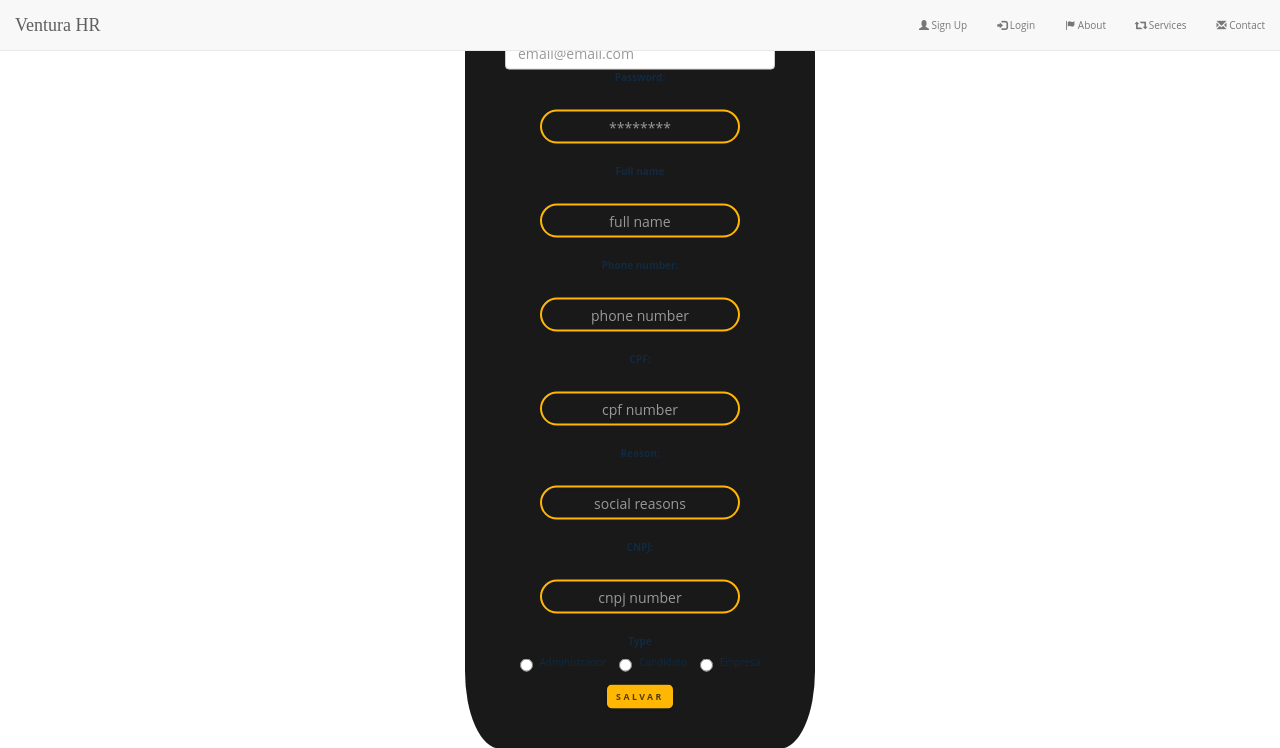
Repository: nmparfait/HumanResources-Ventura
Page: http://localhost/venturaWeb/WEB-INF/jsp/app/cadastro.jsp
These files come from the project's save history. The page is drawn as it stood at one moment and after the next save; the edit follows.
The browser window is 1280 px wide. The pictures show the whole page.
Some web fonts or font styles are not loaded; a fallback is used. Some web libraries are served in a nearby version. The page is served by Tomcat 9. Nobody is signed in. Other server files are loaded and not shown. The template is opened directly, without the code that normally fills it, so the values that code supplies are empty.

Above is the page before, as saved 2021-09-27 16:46:04.

### venturaWeb/src/main/webapp/WEB-INF/jsp/app/cadastro.jsp
<%@ taglib prefix="c" uri="http://java.sun.com/jsp/jstl/core" %>
<%@ page contentType="text/html;charset=UTF-8" language="java" %>
<!DOCTYPE html>
<html lang="en">
	<head>
	    <title>VENTURA | Register</title>
	    <meta charset="utf-8">
	    <meta name="viewport" content="width=device-width, initial-scale=1">
	    <link rel="stylesheet" href="https://maxcdn.bootstrapcdn.com/bootstrap/3.4.1/css/bootstrap.min.css">
	    <script src="https://ajax.googleapis.com/ajax/libs/jquery/3.5.1/jquery.min.js"></script>
	    <script src="https://maxcdn.bootstrapcdn.com/bootstrap/3.4.1/js/bootstrap.min.js"></script>
	    <link rel="stylesheet" href="css/cadastro.css" />
	</head>
	<body>
		<c:import url="/WEB-INF/jsp/app/menu.jsp"/>

		<div class="register">
		    <h2>Cadastro</h2>
		    <form class="box" action="/usuario/cadastro" method="post">


		            <label>E-mail:</label>
		            <input type="email" class="form-control" placeholder="email@email.com" name="email">

		            <label>Password:</label>
		            <input type="password" class="form-control" placeholder="********" name="senha">


		            <label>Full name</label>
		            <input type="text" class="form-control" placeholder="full name" name="nomeCompleto">


		            <label>Phone number:</label>
		            <input type="text" class="form-control" placeholder="phone number" name="telefone">


		            <label>CPF:</label>
		            <input type="text" class="form-control" placeholder="cpf number" name="cpf">


		            <label>Reason:</label>
		            <input type="text" class="form-control" placeholder="social reasons" name="razaoSocial">


		            <label>CNPJ:</label>
		            <input type="text" class="form-control" placeholder="cnpj number" name="cnpj">


		        <div class="form-group">
		            <label>Type</label><br>
		            <label class="radio-inline">
		                <input type="radio" value="A" name="tipo">Administrador
		            </label>
		            <label class="radio-inline">
		                <input type="radio" value="C" name="tipo">Candidato
		            </label>
		            <label class="radio-inline">
		                <input type="radio" value="E" name="tipo">Empresa
		            </label>
		        </div>

		        <button type="submit" class="btn btn-default">Salvar</button>
		    </form>
	    </div>
		</div>
	</body>
</html>

### venturaWeb/src/main/webapp/WEB-INF/jsp/app/menu.jsp
<%@ page contentType="text/html;charset=UTF-8" language="java" %>
<%@ taglib uri="http://java.sun.com/jsp/jstl/core" prefix="c"%>
<html>
	<head>
	    <meta charset="UTF-8" />
	    <meta http-equiv="X-UA-Compatible" content="IE=edge" />
	    <meta name="viewport" content="width=device-width, initial-scale=1.0" />
	    <title>VENTURA | Navbar</title>
	    <!-- font awesome -->
	    <link
	      rel="stylesheet"
	      href="https://cdnjs.cloudflare.com/ajax/libs/font-awesome/5.14.0/css/all.min.css"
	    />
	    <!-- google font -->
	    <link href="https://fonts.googleapis.com/css2?family=Dancing+Script&display=swap" rel="stylesheet">
	    <!-- style -->
	    <link rel="stylesheet" href="css/styles.css" />
  	</head>
  	 <body>
  	 	<nav class="navbar navbar-default navbar-fixed-top">
  			<div class="container-fluid">
    			<div class="navbar-header">
      				<a class="navbar-brand font" href="/index">Ventura HR</a>
    			</div>
	  	 	<ul class="nav navbar-nav navbar-right">
				<c:if test="${empty usuario}">
				    <li><a href="/usuario"><span class="glyphicon glyphicon-user"></span> Sign Up</a></li>
				    <li><a href="/acesso"><span class="glyphicon glyphicon-log-in"></span> Login</a></li>
				    <li><a href="/about"><span class="glyphicon glyphicon-flag"></span> About</a></li>
				    <li><a href="/about"><span class="glyphicon glyphicon-retweet"></span> Services</a></li>
				    <li><a href="/contato"><span class="glyphicon glyphicon-envelope"></span> Contact</a></li>
			    </c:if>
			    <c:if test="${not empty usuario}">
			    	<li><a href="/logout"><span class="glyphicon glyphicon-log-out"></span>Logout, ${usuario.email}</a></li>
			    </c:if>
			 </ul>
		</nav>
    </body>
   </html>

### venturaWeb/src/main/webapp/css/cadastro.css
.register {
	width
}

.box {
    width: 350px;
    margin-top: 2px;
    padding: 40px;
    position: absolute;
    top: 50%;
    left: 50%;
    transform: translate(-50%, -50%);
    background: #191919;
    text-align: center;
    border-radius: 10%;
}

.box h1 {
    color: white;
    text-transform: uppercase;
    font-weight: 200;
}

.box input[type="text"],
.box input[type="password"] {
    border: 0;
    background: none;
    display: block;
    margin: 20px auto;
    text-align: center;
    border: 2px solid #ffb703;
    padding: 14px 10px;
    width: 200px;
    outline: none;
    color: white;
    border-radius: 24px;
    transition: 0.25s
}

.box input[type="text"]:focus,
.box input[type="password"]:focus {
    width: 260px;
    border-color: #ffb703;
}

.box input[type="submit"] {
    border: 0;
    background: none;
    display: block;
    margin: 3px auto;
    text-align: center;
    border: 2px solid #e9edc9;
    padding: 14px 40px;
    outline: none;
    color: white;
    border-radius: 24px;
    transition: 0.25s;
    cursor: pointer;
}

.box input[type="submit"]:hover {
    background: #ffb703;
}

### venturaWeb/src/main/webapp/css/styles.css
/* details generics
first color : #ffb703
-- second color: #e9edc9

*/
/*
===============
Variables
===============
*/

:root {
  /* dark shades of primary color*/
  --clr-primary-1: hsl(43, 86%, 17%);
  --clr-primary-2: hsl(43, 77%, 27%);
  --clr-primary-3: hsl(43, 72%, 37%);
  --clr-primary-4: hsl(42, 63%, 48%);
  /* primary/main color */
  --clr-primary-5: hsl(42, 78%, 60%);
  /* lighter shades of primary color */
  --clr-primary-6: hsl(43, 89%, 70%);
  --clr-primary-7: hsl(43, 90%, 76%);
  --clr-primary-8: hsl(45, 86%, 81%);
  --clr-primary-9: hsl(45, 90%, 88%);
  --clr-primary-10: hsl(45, 100%, 96%);
  /* darkest grey - used for headings */
  --clr-grey-1: hsl(209, 61%, 16%);
  --clr-grey-2: hsl(211, 39%, 23%);
  --clr-grey-3: hsl(209, 34%, 30%);
  --clr-grey-4: hsl(209, 28%, 39%);
  /* grey used for paragraphs */
  --clr-grey-5: hsl(210, 22%, 49%);
  --clr-grey-6: hsl(209, 23%, 60%);
  --clr-grey-7: hsl(211, 27%, 70%);
  --clr-grey-8: hsl(210, 31%, 80%);
  --clr-grey-9: hsl(212, 33%, 89%);
  --clr-grey-10: hsl(210, 36%, 96%);
  --clr-white: #fff;
  --ff-primary: 'Roboto', sans-serif;
  --ff-secondary: 'Open Sans', sans-serif;
  --transition: all 0.3s linear;
  --spacing: 0.25rem;
  --radius: 0.5rem;
  --light-shadow: 0 5px 15px rgba(0, 0, 0, 0.1);
  --dark-shadow: 0 5px 15px rgba(0, 0, 0, 0.2);
  --max-width: 1170px;
}
/*
===============
Global Styles
===============
*/

*,
::after,
::before {
  margin: 0;
  padding: 0;
  box-sizing: border-box;
}
body {
  font-family: var(--ff-secondary);
  background: var(--clr-white);
  color: var(--clr-grey-1);
  line-height: 1.5;
  font-size: 0.875rem;
}
ul {
  list-style-type: none;
}
a {
  text-decoration: none;
}
img:not(.nav-logo) {
  width: 100%;
  display: block;
}

h1,
h2,
h3,
h4 {
  letter-spacing: var(--spacing);
  text-transform: capitalize;
  line-height: 1.25;
  margin-bottom: 0.75rem;
  font-family: var(--ff-primary);
}
h1 {
  font-size: 3rem;
}
h2 {
  font-size: 2rem;
}
h3 {
  font-size: 1.25rem;
}
h4 {
  font-size: 0.875rem;
}
p {
  margin-bottom: 1.25rem;
  color: var(--clr-grey-5);
}
@media screen and (min-width: 800px) {
  h1 {
    font-size: 4rem;
  }
  h2 {
    font-size: 2.5rem;
  }
  h3 {
    font-size: 1.75rem;
  }
  h4 {
    font-size: 1rem;
  }
  body {
    font-size: 1rem;
  }
  h1,
  h2,
  h3,
  h4 {
    line-height: 1;
  }
}
/*  global classes */

.btn {
  text-transform: uppercase;
  background: #ffb703;
  color: var(--clr-primary-1);
  padding: 0.375rem 0.75rem;
  letter-spacing: var(--spacing);
  display: inline-block;
  font-weight: 700;
  transition: var(--transition);
  font-size: 0.875rem;
  border: 2px solid transparent;
  cursor: pointer;
  box-shadow: 0 1px 3px rgba(0, 0, 0, 0.2);
  border-radius: var(--radius);
}
.btn:hover {
  color: var(--clr-primary-1);
  background: var(--clr-primary-7);
}
/* section */
.section {
  padding: 5rem 2rem;
}

.section-center {
  width: 90vw;
  margin: 0 auto;
  max-width: 1170px;
}

.contact {
  background: #fffcfc;
  min-height: 100vh;
}
@media screen and (min-width: 992px) {
  .section-center {
    width: 95vw;
  }
}

.underline {
  width: 5rem;
  height: 0.25rem;
  margin-bottom: 1.25rem;
  background: var(--clr-primary-5);
  margin-left: auto;
  margin-right: auto;
}

.section-title {
  margin-bottom: 4rem;
  text-align: center;
}

.bg-grey {
  background: var(--clr-grey-9);
}
/* added during recording */

/*
===============
Sidebar
===============
*/

.sidebar {
  position: fixed;
  top: 0;
  left: 0;
  width: 100%;
  height: 100%;
  background: var(--clr-grey-10);
  z-index: 4;
  display: grid;
  /* align-items: center;
  justify-content: center; */
  place-items: center;
  transition: var(--transition);

  /* add later */
  transform: translateX(-100%);
}

/* toggle sidebar */
.show-sidebar {
  transform: translateX(0);
}

.sidebar-links {
  text-align: center;
}

.sidebar-links a {
  font-size: 2rem;
  text-transform: capitalize;
  transform: var(--transition);
  color: var(--clr-grey-5);
  letter-spacing: var(--spacing);
  display: inline-block;
  margin-bottom: 1.5rem;
}

.sidebar-links a:hover {
  color: var(--clr-primary-5);
}

.social-icons {
  display: grid;
  margin-top: 3rem;
  width: 20rem;
  grid-template-columns: repeat(4, 1fr);
  justify-items: center;
}

.social-icon {
  font-size: 1.5rem;
  color: var(--clr-grey-1);
  transition: var(--transition);
}

.social-icon:hover {
  color: var(--clr-primary-5);
}

.close-btn {
  position: absolute;
  top: 1rem;
  right: 1rem;
  font-size: 3rem;
  background: transparent;
  border: transparent;
  transition: var(--transition);
  color: #bb2525;
  cursor: pointer;
}

.close-btn:hover {
  color: #e66b6b;
}


/* end of details*/


.font {
	font-family: 'Dancing Script', cursive;
	background-color: #ffb703;
}

/*
===============
Connect
===============
*/

.connect {
  min-height: 40vh;
  position: relative;
  padding: 10rem 0 5rem 0;
  margin: 5rem 0;
  -webkit-clip-path: polygon(
    50% 0%,
    100% 10%,
    100% 90%,
    53% 100%,
    49% 100%,
    0 90%,
    0 10%
  );
  clip-path: polygon(
    50% 0%,
    100% 10%,
    100% 90%,
    53% 100%,
    49% 100%,
    0 90%,
    0 10%
  );
}
.video-container {
  position: absolute;
  top: 0;
  left: 0;
  width: 100%;
  height: 100%;
  -o-object-fit: cover;
  object-fit: cover;
  z-index: -2;
}

.connect::after {
  content: '';
  position: absolute;
  top: 0;
  left: 0;
  width: 100%;
  height: 100%;
  /* background: var(--clr-white); */
  /* background: var(--clr-primary-5); */
  background: rgba(0, 0, 0, 0.6);
  opacity: 0.7;
  z-index: -1;
}
.connect {
  display: grid;
  place-items: center;
}

.video-banner .section-title {
  margin-bottom: 2rem;
}

.video-text {
  max-width: 30rem;
}

.video-banner {
  background: #e9edc9;
  padding: 3rem 5rem 12rem 5rem;
  text-align: center;
  -webkit-clip-path: polygon(
    0% 0%,
    100% 0%,
    100% 75%,
    75% 75%,
    75% 100%,
    50% 75%,
    0% 75%
  );
  clip-path: polygon(
    0% 0%,
    100% 0%,
    100% 75%,
    75% 75%,
    75% 100%,
    50% 75%,
    0% 75%
  );
}

/*
===============
About
===============
*/

/*
===============
Hero
===============
*/
.hero .underline {
  margin-bottom: 0.5rem;
  margin-left: 0;
}

.hero-img {
  display: none;
}

.hero {
  background: var(--clr-primary-10);
}
.hero-center {
  min-height: calc(100vh - 5rem);
  display: grid;
  place-items: center;
}

.hero-info h4 {
  color: var(--clr-grey-5);
}

.hero-icons {
  justify-items: start;
}

.hero-btn {
  margin-top: 1.25rem;
}

.hero-photo {
  max-width: 25rem;
  max-height: 30rem;
  -o-object-fit: cover;
  object-fit: cover;
  border-radius: var(--radius);
  position: relative;
}

@media screen and (min-width: 776px) {
  .hero-img {
    display: block;
    position: relative;
  }

  .hero-center {
    display: grid;
    grid-template-columns: 1fr 1fr;
  }
}

.hero-img::before,
.about-img::before {
  content: '';
  position: absolute;
  width: 100%;
  height: 100%;
  border: 0.25rem solid var(--clr-primary-5);
  top: 2rem;
  right: -2rem;
  border-radius: var(--radius);
}

/* section title added to globals */
.about-title {
  text-align: left;
  margin-bottom: 2rem;
}

.about-title .underline {
  margin-left: 0;
}

.about-center {
  display: grid;
  gap: 3rem 2rem;
}

.about-img {
  position: relative;
}

.about-img::before {
  left: -2rem;
}

.about-img {
  justify-self: center;
}

@media screen and (min-width: 776px) {
  .about-center {
    display: grid;
    grid-template-columns: 1fr 1fr;
  }
}

@media screen and (min-width: 992px) {
  .about-center {
    grid-template-columns: 1fr 1fr;
  }

  .about-img {
    position: relative;
  }

  .about-img::before {
    left: -2rem;
  }
}

.hero-photo {

}

/* Services*/

/*
===============
Services
===============
*/

.service {
  background: var(--clr-white);
  padding: 3rem 1.5rem;
  margin-bottom: 2rem;
  border-radius: var(--radius);
  text-align: center;
  transition: var(--transition);
}

.service-icon {
  font-size: 2rem;
  margin-bottom: 1.5rem;
}

.service .underline {
  width: 3rem;
  height: 0.12rem;
  transition: var(--transition);
}

.service p {
  transition: var(--transition);
}
.service:hover {
  background: var(--clr-primary-5);
  color: var(--clr-white);
}

.service:hover p {
  color: var(--clr-white);
}

.service:hover .underline {
  background: var(--clr-white);
}

@media screen and (min-width: 676px) {
  .services-center {
    display: grid;
    grid-template-columns: 1fr 1fr;
    -moz-column-gap: 2rem;
    column-gap: 2rem;
  }
}

@media screen and (min-width: 992px) {
  .services-center {
    grid-template-columns: repeat(3, 1fr);
  }
}

/* CONTACT*/
/* section */
.section {
  padding: 5rem 2rem;
}

.section-center {
  width: 90vw;
  margin: 0 auto;
  max-width: 1170px;
}

.contact {
  background: #fefae0;
  min-height: 50vh;
}
@media screen and (min-width: 992px) {
  .section-center {
    width: 85vw;
  }
}

/*LOGIN PAGE*/


.loginPage {

	margin-top: 50px;
}

After the next save:
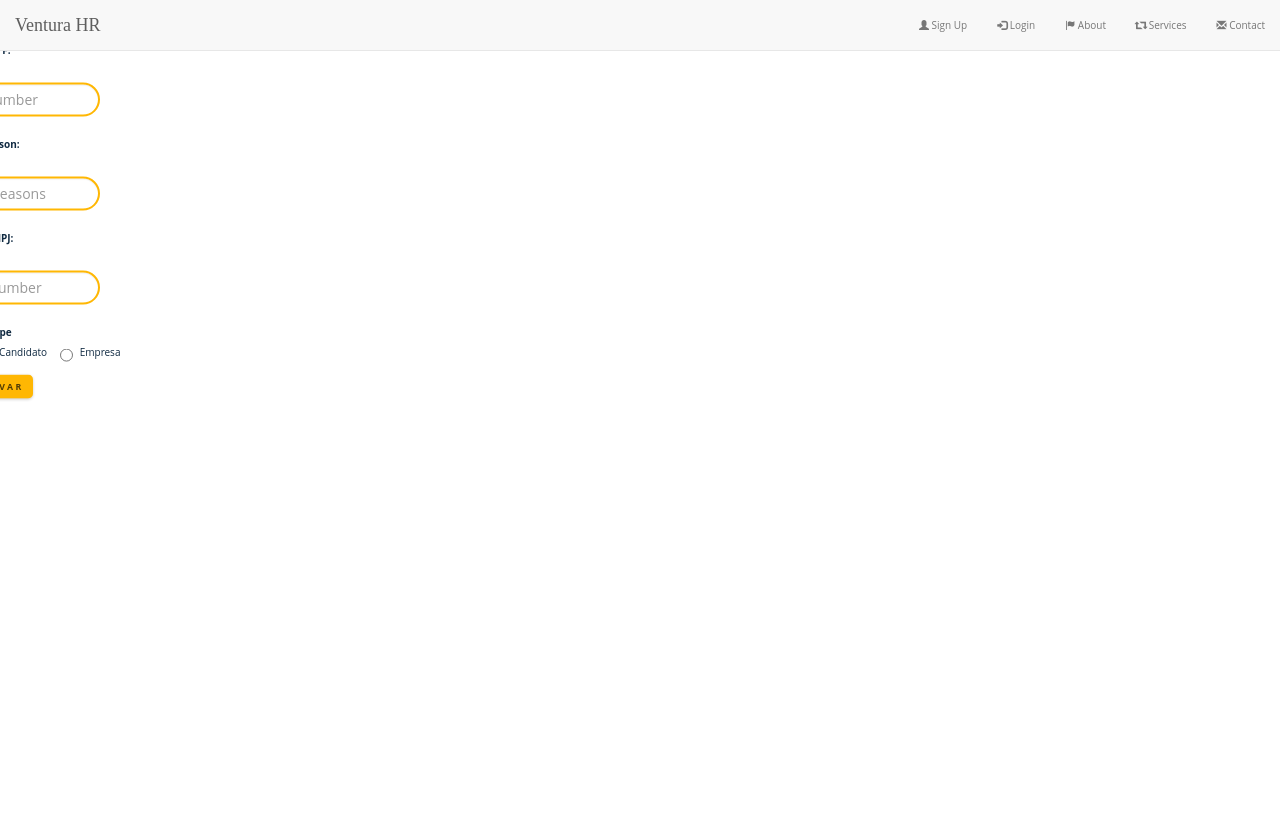
Saved 22 s later.
--- a/venturaWeb/src/main/webapp/css/cadastro.css
+++ b/venturaWeb/src/main/webapp/css/cadastro.css
@@ -6,11 +6,10 @@
     width: 350px;
     margin-top: 2px;
     padding: 40px;
-    position: absolute;
+    position: abrgb(255, 255, 255)
     top: 50%;
     left: 50%;
     transform: translate(-50%, -50%);
-    background: #191919;
     text-align: center;
     border-radius: 10%;
 }

After the 3 saves that followed:
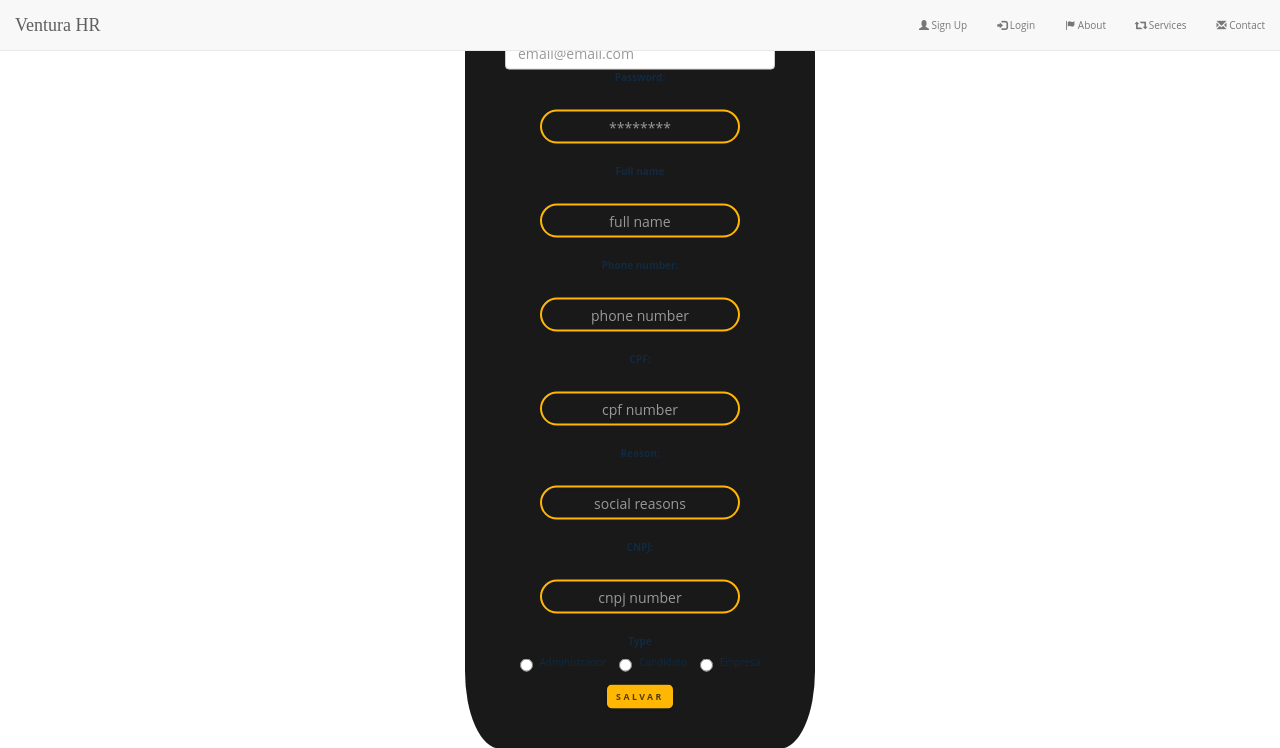
The 3 saves are shown as one change because 2 left the picture as it was.
The last was saved 87 s later.
--- a/venturaWeb/src/main/webapp/css/cadastro.css
+++ b/venturaWeb/src/main/webapp/css/cadastro.css
@@ -6,10 +6,11 @@
     width: 350px;
     margin-top: 2px;
     padding: 40px;
-    position: abrgb(255, 255, 255)
+    position: absolute;
     top: 50%;
     left: 50%;
     transform: translate(-50%, -50%);
+    background: #191919;
     text-align: center;
     border-radius: 10%;
 }
